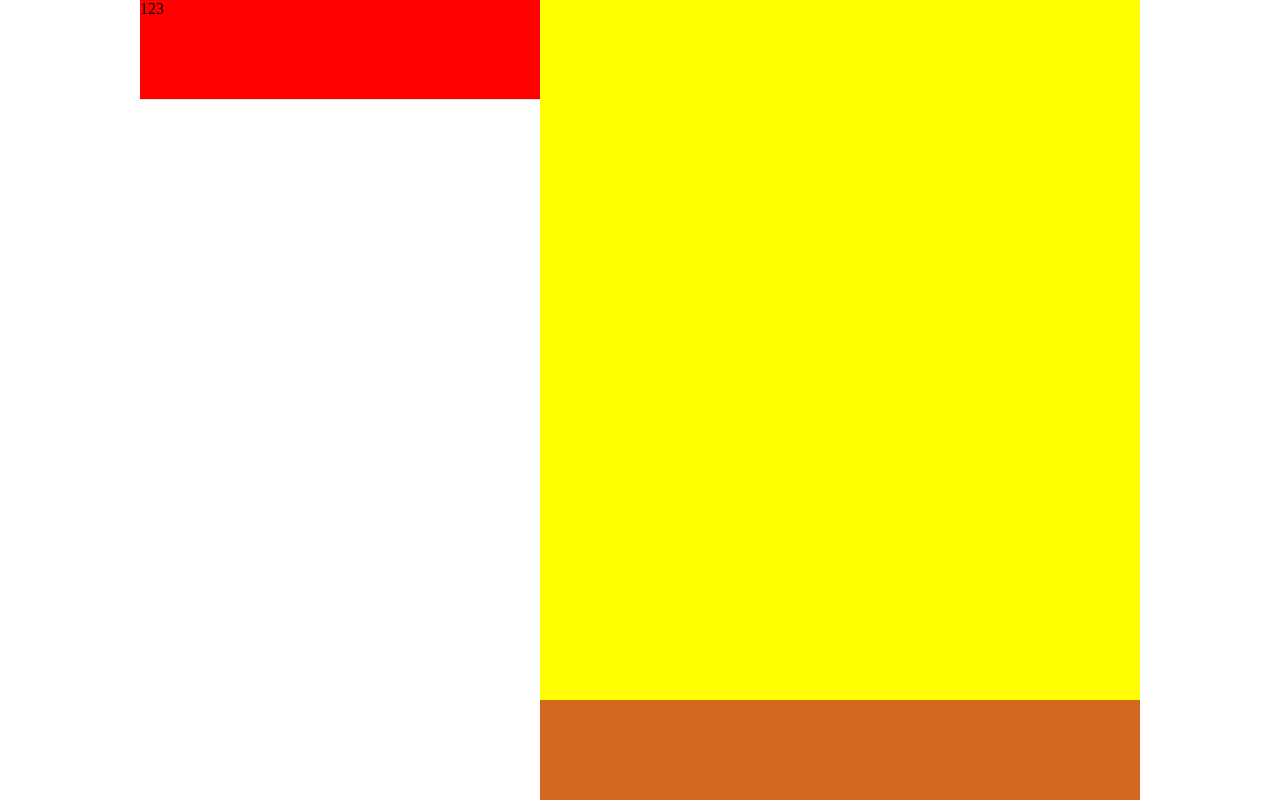
Repository: jinggegeZ/livechat
Page: /
An editor plug-in stored every save of this project. The page is shown before and after the next save, followed by the edit.
The browser window is 1280 px wide. The pictures show the whole page.
The project was rebuilt for these pictures with package versions that can differ from the ones it lists, and the page was loaded fresh each time.

Above is the page before, as saved 2020-08-17 11:01:25.

### src/App.vue
<template>
  <div id="app">

    <router-view/>
  </div>
</template>

<style lang="scss">
*{
  margin: 0;
  padding: 0;
}
</style>

### src/views/Home.vue
<template>
 <div class="content">
    <div class="content-c">
      <div class="box">
        <!-- 用户信息 -->
        <div class="box1">
          <div class="box1-1">
            123
            </div>
        </div>
         <!-- 聊天信息 -->
        <div class="box2">
          <div class="box2-1"></div>
          <div class="box2-2"></div>
        </div>
      </div>
    </div>
 </div>
</template>

<script>
 export default {
   name: '',
   props: {
   },
   components: {

   },
   data () {
     return {

     }
   },
   methods: {

   },
   mounted() {

   },
   watch: {

   },
   computed: {

   }
 }
</script>

<style scoped lang='scss'>
.content {
  width: 100%;
  display: flex;
  justify-content: center;
}
.content-c {
  width: 95%;
  display: flex;
  justify-content: center;
  align-items: center;
}
.box {
  width: 1000px;
  height: 800px;
  background: white;
  display: flex;

}
.box1 {
  flex: 4;
  height: 100%;
}
.box1-1 {
  width: 100%;
  height: 99px;
  border-bottom: 1px solid rgb(228,228,228);
  background: red;
}
.box2 {
  flex: 6;
  height: 100%;
  background: yellow;
  position: relative;
}
.box2-2 {
  position: absolute;
  bottom: 0;
  width: 100%;
  height: 100px;
  background: chocolate;
  z-index: 1;
}
</style>

Loaded but not shown: public/index.html (common file); src/main.js (common file); src/router/index.js (common file); src/store/index.js (common file)

After the next save:
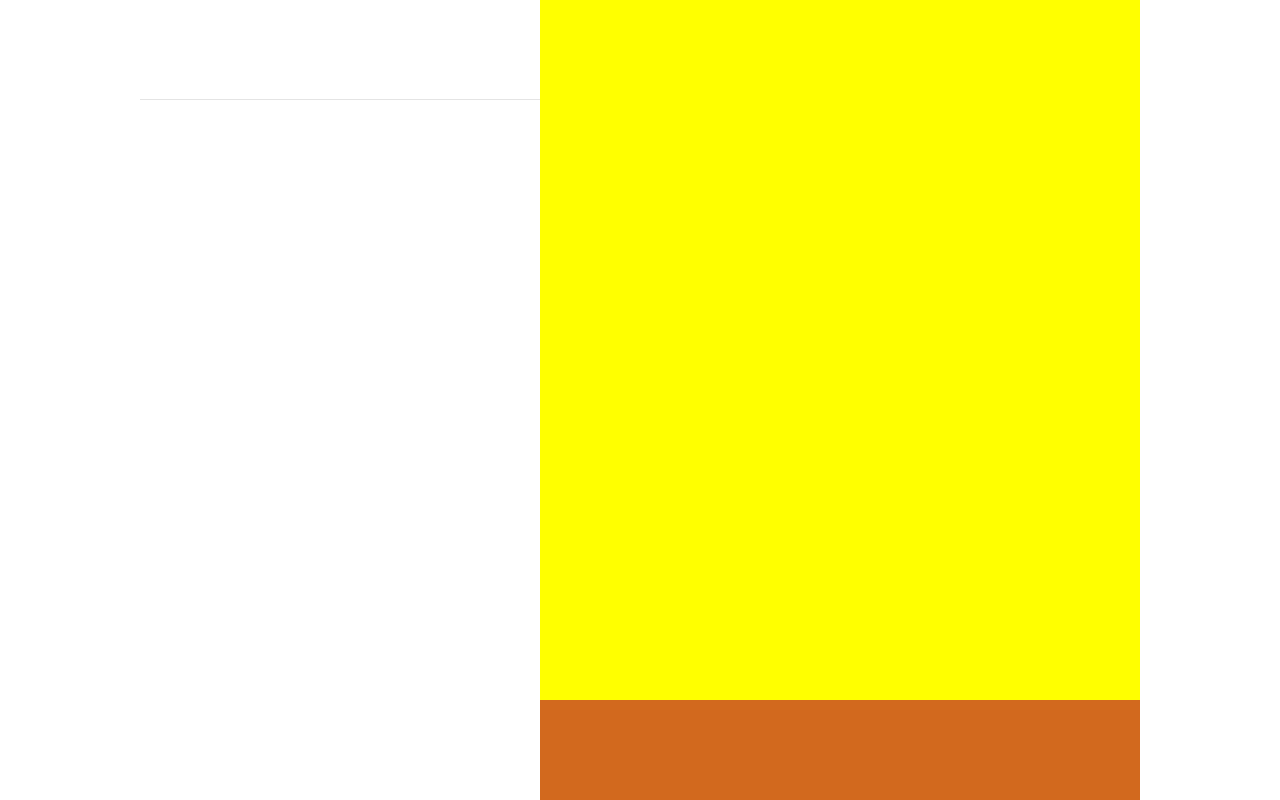
Saved 45 s later.
--- a/src/views/Home.vue
+++ b/src/views/Home.vue
@@ -5,7 +5,9 @@
         <!-- 用户信息 -->
         <div class="box1">
           <div class="box1-1">
-            123
+            <div></div>
+            <div></div>
+            <div></div>
             </div>
         </div>
          <!-- 聊天信息 -->
@@ -73,7 +75,9 @@
   width: 100%;
   height: 99px;
   border-bottom: 1px solid rgb(228,228,228);
-  background: red;
+  display: flex;
+
+
 }
 .box2 {
   flex: 6;
